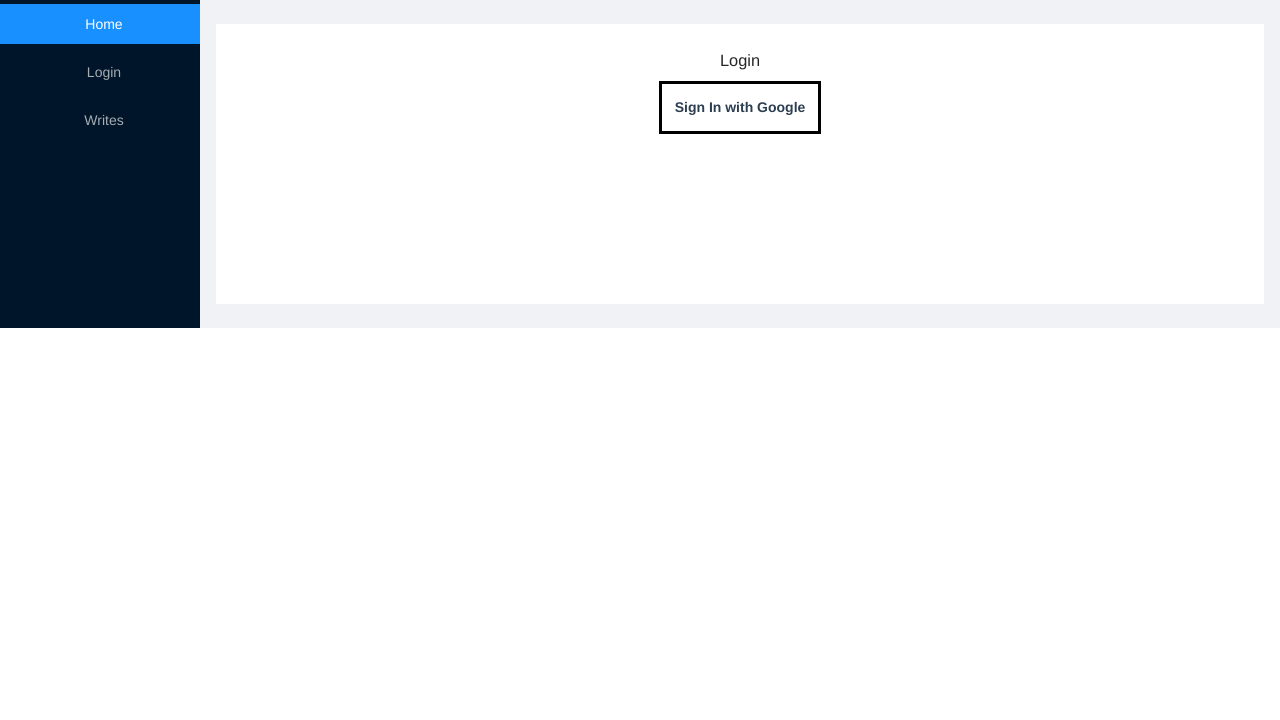
Repository: writesapp/mod
Page: /login
An editor plug-in stored every save of this project. The page is shown before and after the next save, followed by the edit.
The browser window is 1280 px wide. The pictures show the whole page.
The project was rebuilt for these pictures with package versions that can differ from the ones it lists, and the page was loaded fresh each time. Also part of the build but not shown: src/views/Home.vue, src/views/Writes.vue.

Above is the page before, as saved 2020-07-09 14:08:28.

### src/main.js
import Antd from 'ant-design-vue';
import Vue from 'vue';
import App from './App.vue';
import './registerServiceWorker';
import router from './router';
import store from './store';
import 'ant-design-vue/dist/antd.css';

Vue.config.productionTip = false;
Vue.use(Antd);

new Vue({
  router,
  store,
  render: (h) => h(App),
}).$mount('#app');

### src/App.vue
<template>
  <div id="app">
    <a-layout id="components-layout-demo-custom-trigger">
    <a-layout-sider v-model="collapsed" :trigger="null" collapsible>
      <div class="logo" />
      <a-menu theme="dark" mode="inline" :default-selected-keys="['1']">
        <a-menu-item key="1">
          <router-link to="/">Home</router-link>
        </a-menu-item>
        <a-menu-item key="2">
          <router-link to="/login">Login</router-link>
        </a-menu-item>
        <a-menu-item key="3">
          <router-link to="/writes">Writes</router-link>
        </a-menu-item>
      </a-menu>
    </a-layout-sider>
    <a-layout>
      <a-layout-content
        :style="{ margin: '24px 16px', padding: '24px', background: '#fff', minHeight: '280px' }"
      >
        <router-view/>
      </a-layout-content>
    </a-layout>
  </a-layout>
  </div>
</template>

<script>
import { auth } from '@/initFirebase';
import store from '@/store';

export default {
  name: "App",
  mounted() {
    auth.onAuthStateChanged((user) => store.dispatch("fetchUser", user));
  },
};
</script>

<style lang="scss">
#app {
  font-family: Avenir, Helvetica, Arial, sans-serif;
  -webkit-font-smoothing: antialiased;
  -moz-osx-font-smoothing: grayscale;
  text-align: center;
  color: #2c3e50;
}

a-layout {
  height: 100vh;
}
</style>

### src/router/index.js
import Vue from 'vue';
import VueRouter from 'vue-router';
import Home from '../views/Home.vue';
import Login from '../views/Login.vue';
import Writes from '../views/Writes.vue';

Vue.use(VueRouter);

const routes = [
  {
    path: '/',
    name: 'Home',
    component: Home,
  },
  {
    path: '/login',
    name: 'Login',
    // route level code-splitting
    // this generates a separate chunk (about.[hash].js) for this route
    // which is lazy-loaded when the route is visited.
    component: Login,
  },
  {
    path: '/writes',
    name: 'Writes',
    component: Writes,
  },
];

const router = new VueRouter({
  mode: 'history',
  base: process.env.BASE_URL,
  routes,
});

export default router;

### src/store/index.js
import Vue from 'vue';
import Vuex from 'vuex';

Vue.use(Vuex);

export default new Vuex.Store({
  state: {
    user: {
      loggedIn: false,
      data: null,
    },
  },
  mutations: {
    setLoggedState(state, value) {
      state.user.loggedIn = value;
    },
    setUser(state, data) {
      state.user.data = data;
    },
  },
  actions: {
    fetchUser({ commit }, user) {
      commit("setLoggedState", user !== null);
      if (user) {
        commit("setUser", {
          displayName: user.displayName,
          email: user.email,
        });
      } else {
        commit("setUser", null);
      }
    },
  },
});

### src/initFirebase.js
import firebase from 'firebase';

const configOptions = {
  apiKey: "AIzaSyBe23vGrWbbtK6cWQflEewoDvTBtKWQEBM",
  authDomain: "test-project-116cf.firebaseapp.com",
  databaseURL: "https://test-project-116cf.firebaseio.com",
  projectId: "test-project-116cf",
  storageBucket: "test-project-116cf.appspot.com",
  messagingSenderId: "507446435196",
  appId: "1:507446435196:web:8a13dc8c60ddcf65e058f9",
  measurementId: "G-H01LY21GK7",
};

firebase.initializeApp(configOptions);

export const auth = firebase.auth();
export const googleProvider = new firebase.auth.GoogleAuthProvider();

### src/views/Login.vue
<template>
  <div class="home">
    <div class="login">
      <h1>Login</h1>
      <SigninButton @click.native="login()"></SigninButton>
    </div>
  </div>
</template>

<script>
import { auth, googleProvider } from '@/initFirebase';
import SigninButton from '@/components/SigninButton.vue';
import store from '@/store';

export default {
  name: 'Login',
  components: {
    SigninButton,
  },
  mounted() {
    if (this.$store.state.user.loggedIn) this.$router.push('/');
  },
  methods: {
    login() {
      auth.signInWithPopup(googleProvider)
        .then((result) => {
          store.dispatch("fetchUser", result.user);
          this.$router.push('/');
        })
        .catch((err) => alert(`Something went wrong: ${err.message}`));
    },
  },
};
</script>

### src/components/SigninButton.vue
<template>
  <button>Sign In with Google</button>
</template>

<script>
export default {
  name: 'SigninButton',
};
</script>

<style lang="scss" scoped>
  button {
    border: 3px solid black;
    background: none;
    position: relative;
    padding: 13px;
    font-weight: bold;
    font-size: 1em;

    transition: color .3s ease-out;

    &::after {
      content: '';
      top: 0;
      left: 0;
      z-index: -1;
      position: absolute;
      width: 100%;
      height: 100%;
      background-color:darkorchid;

      transform: scaleX(0);
      transition: transform .3s ease-out;
    }

    &:hover {
      color: white;
      cursor: pointer;
    }

    &:hover::after {
      transform: scaleX(1);
    }
  }
</style>

Loaded but not shown: public/index.html (common file); src/registerServiceWorker.js (common file)

After the next save:
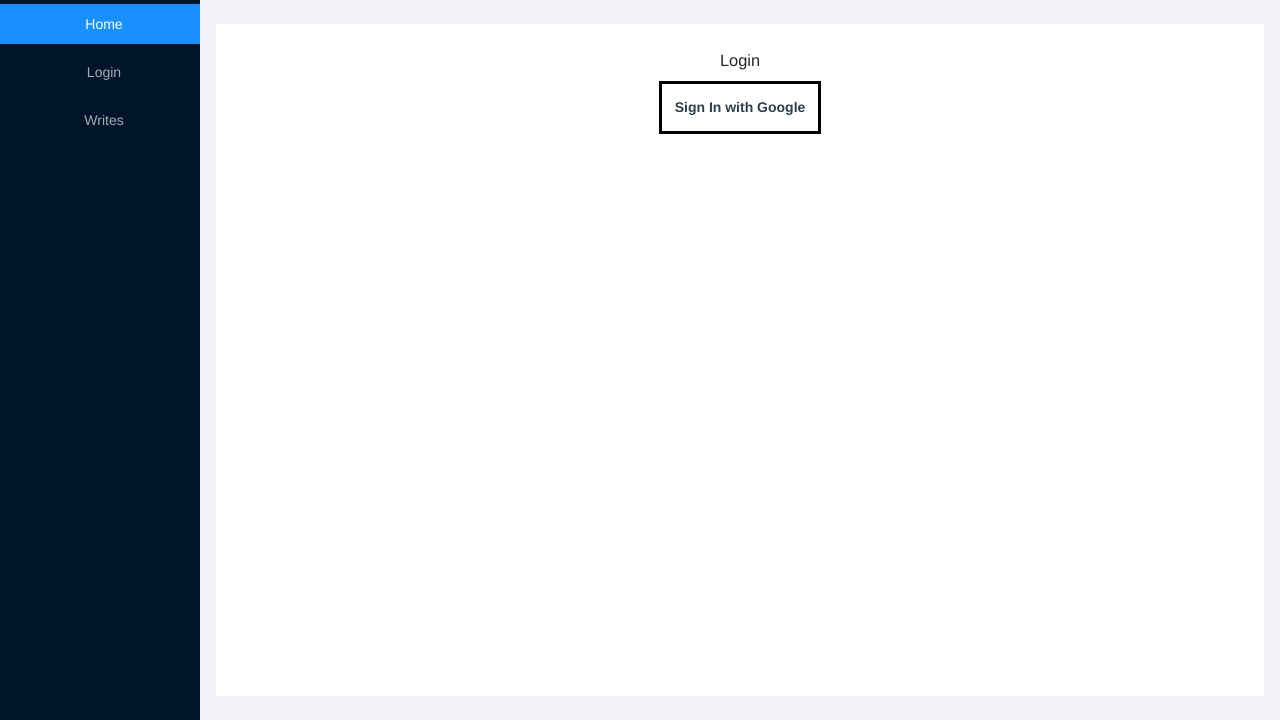
Saved 111 s later.
--- a/src/App.vue
+++ b/src/App.vue
@@ -47,7 +47,7 @@ export default {
   color: #2c3e50;
 }
 
-a-layout {
+.ant-layout {
   height: 100vh;
 }
 </style>
